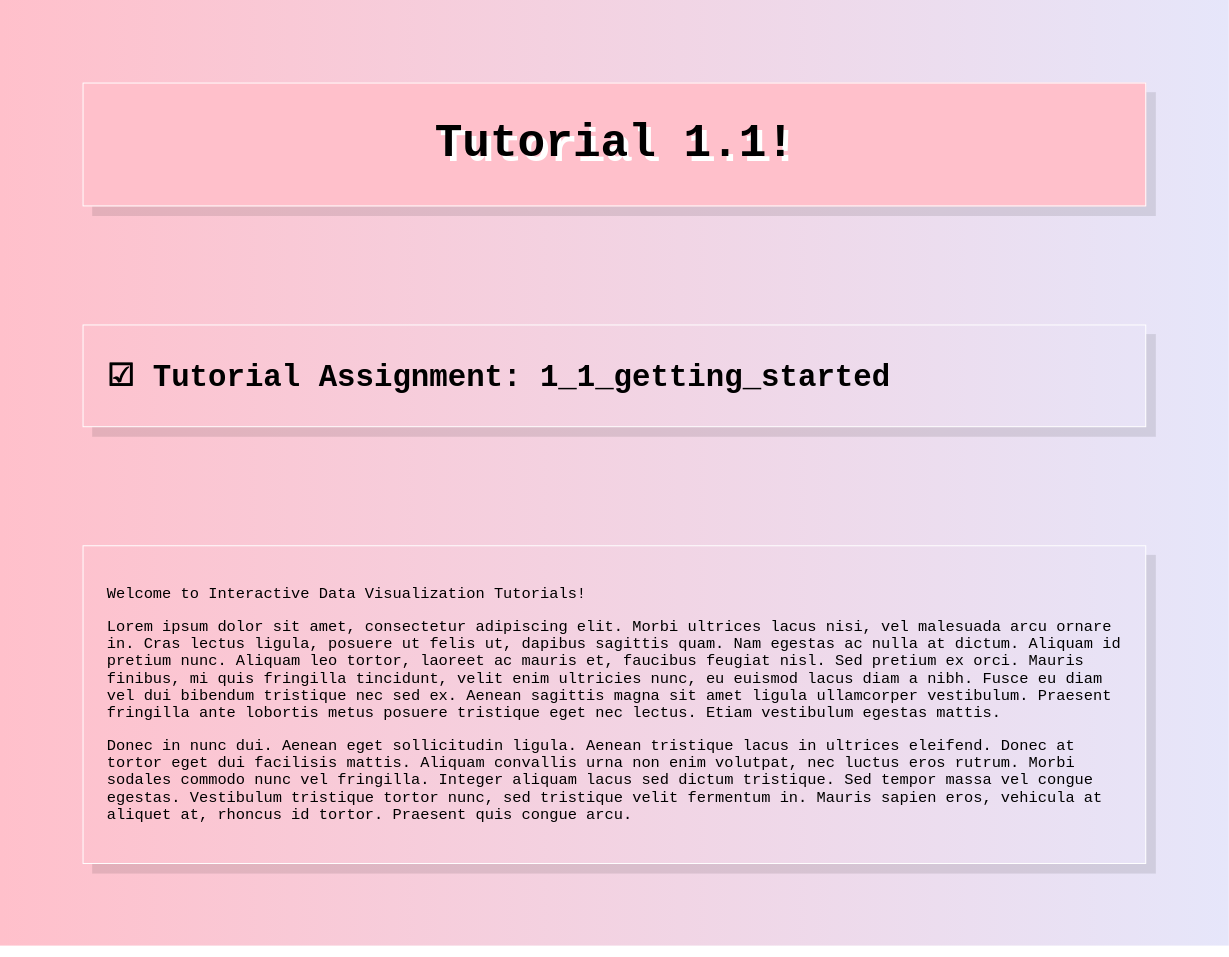
Repository: lisjak/Interactive-Data-Vis-Fall2022
Page: 1_1_getting_started/index.html
An editor plug-in stored every save of this project. The page is shown before and after the next save, followed by the edit.
The browser window is 1280 px wide. The pictures show the whole page, at 96% of full size.
The pointer rests on the first visible `div`.
Some web fonts or font styles are not loaded; a fallback is used.

Above is the page before, as saved 2022-09-04 22:01:42.

After the next save:
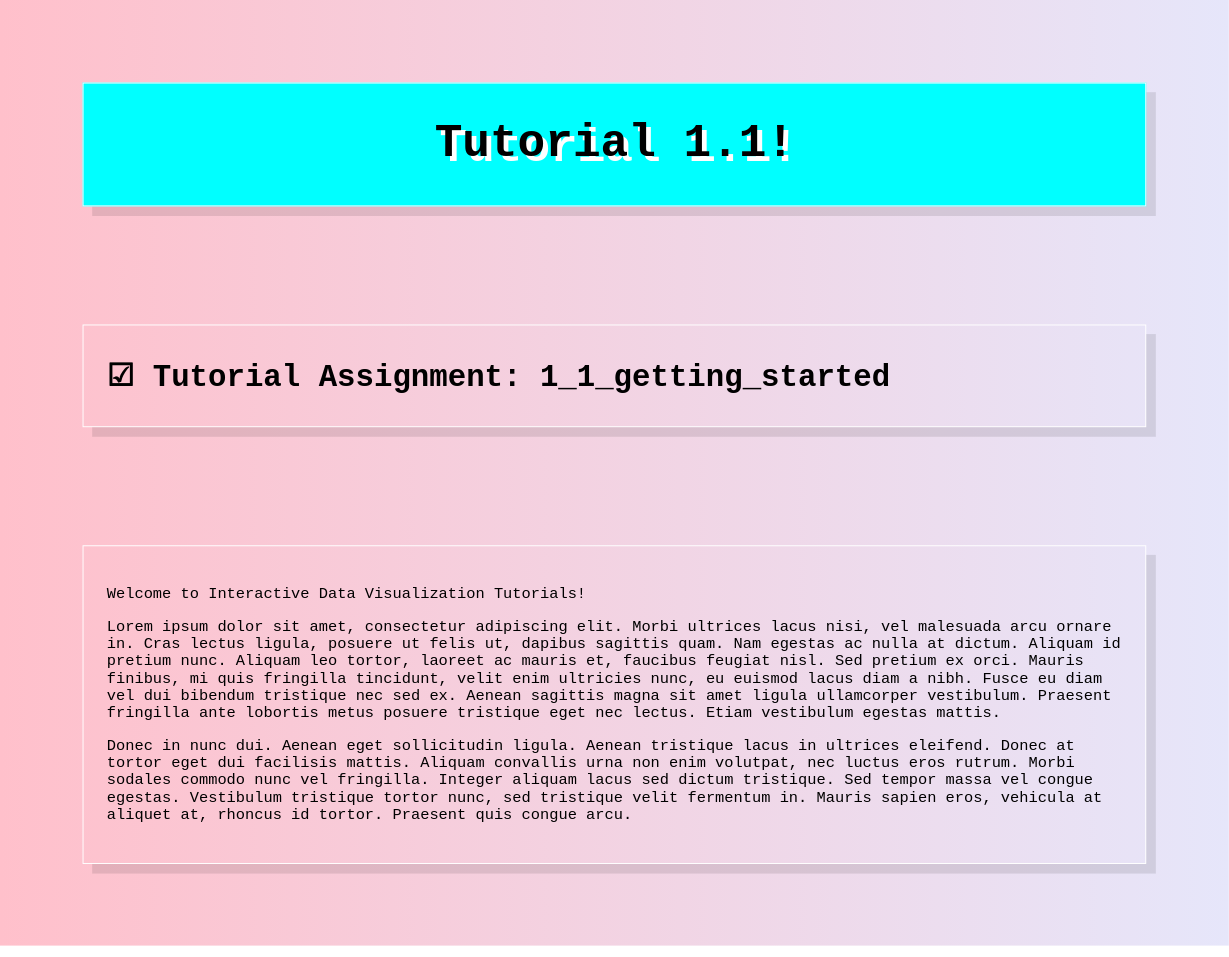
Saved 9 s later.
--- a/1_1_getting_started/style.css
+++ b/1_1_getting_started/style.css
@@ -18,7 +18,7 @@ div {
 }
 
 div:hover {
-    background-color: pink;
+    background-color: cyan;
     transition: 0.5s;
 }
 
